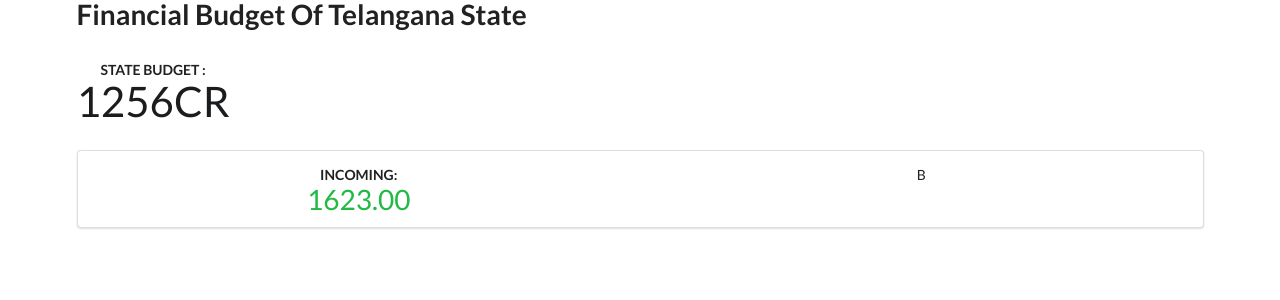
Repository: akHil07090709/advanced-react
Page: /
An editor plug-in stored every save of this project. The page is shown before and after the next save, followed by the edit.
The browser window is 1280 px wide. The pictures show the whole page.
The project was rebuilt for these pictures with package versions that can differ from the ones it lists, and the page was loaded fresh each time. Also part of the build but not shown: src/App.css.

Above is the page before, as saved 2021-05-25 07:33:05.

### src/index.js
import React from "react";
import ReactDOM from "react-dom";
import "./index.css";
import App from "./App";
import "semantic-ui-css/semantic.min.css";

ReactDOM.render(
  <React.StrictMode>
    <App />
  </React.StrictMode>,
  document.getElementById("root")
);

// If you want to start measuring performance in your app, pass a function
// to log results (for example: reportWebVitals(console.log))
// or send to an analytics endpoint. Learn more: https://bit.ly/CRA-vitals

### src/App.js
import { Container, Grid, Header, Segment, Statistic } from "semantic-ui-react";
import "./App.css";

function App() {
  return (
    <Container>
      <Header as="h1">Financial Budget Of Telangana State</Header>
      <Statistic size="small">
        {/* A statistic can display a value with a label above or below it.*/}
        <Statistic.Label>State Budget : </Statistic.Label>
        <Statistic.Value>1256cr</Statistic.Value>
      </Statistic>
      <Segment textAlign="center">
        <Grid columns={2}>
          <Grid.Row>
            <Grid.Column>
              <Statistic size="tiny" color="green">
                <Statistic.Label>Incoming:</Statistic.Label>
                <Statistic.Value>1623.00</Statistic.Value>
              </Statistic>
            </Grid.Column>
            <Grid.Column>B</Grid.Column>
          </Grid.Row>
        </Grid>
      </Segment>
    </Container>
  );
}

export default App;

Loaded but not shown: public/index.html (common file); src/index.css (common file)

After the next save:
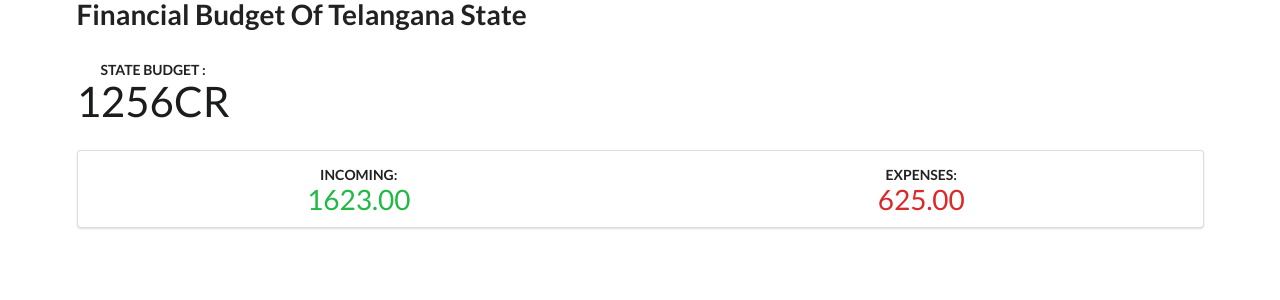
Saved 25 s later.
--- a/src/App.js
+++ b/src/App.js
@@ -19,7 +19,12 @@
                 <Statistic.Value>1623.00</Statistic.Value>
               </Statistic>
             </Grid.Column>
-            <Grid.Column>B</Grid.Column>
+            <Grid.Column>
+              <Statistic size="tiny" color="red">
+                <Statistic.Label>Expenses:</Statistic.Label>
+                <Statistic.Value>625.00</Statistic.Value>
+              </Statistic>
+            </Grid.Column>
           </Grid.Row>
         </Grid>
       </Segment>
